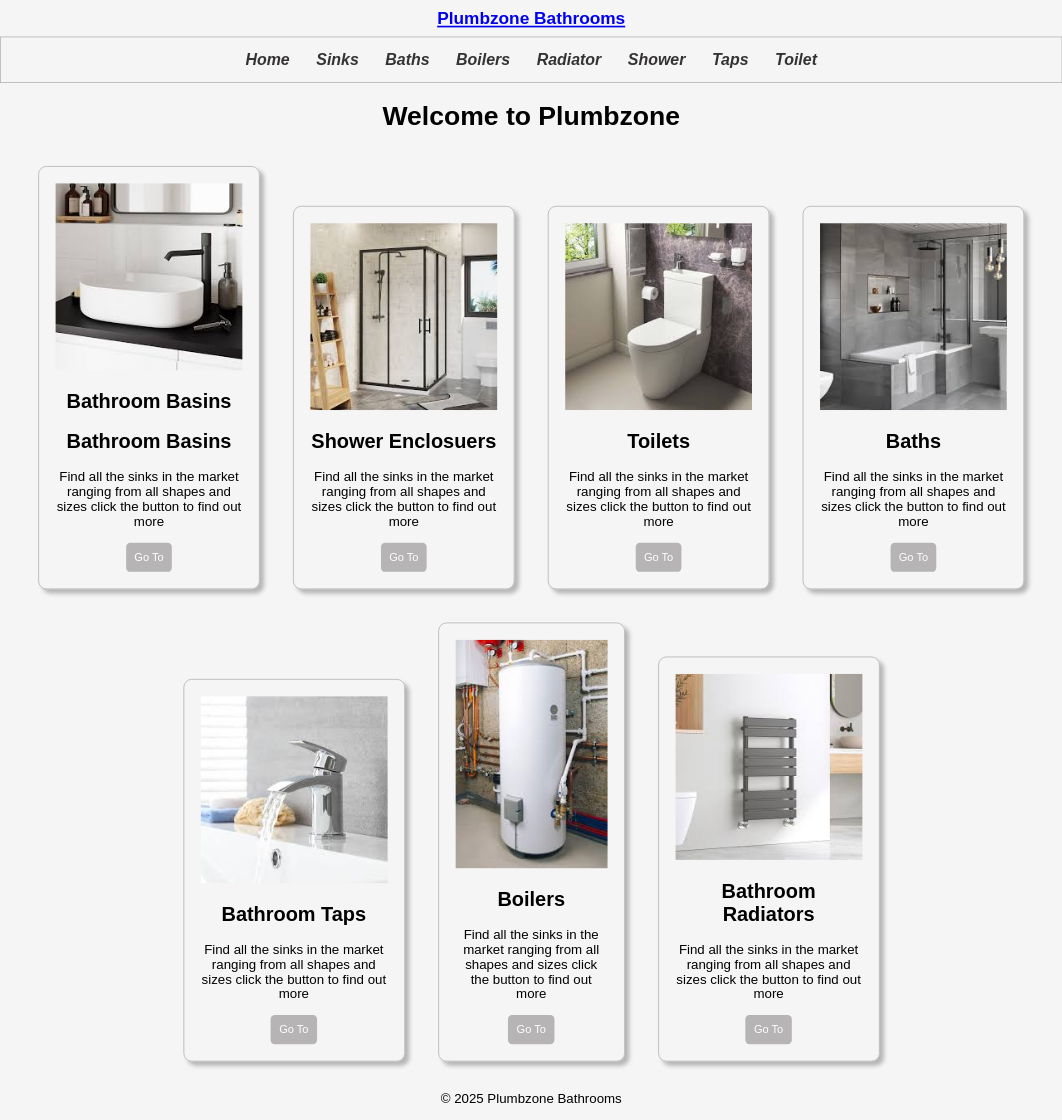
Repository: ziarahman112/react-practice
Page: /Home (app in Website/)
An editor plug-in stored every save of this project. The page is shown before and after the next save, followed by the edit.
The browser window is 1280 px wide. The pictures show the whole page, at 83% of full size.
The project was rebuilt for these pictures with package versions that can differ from the ones it lists, and the page was loaded fresh each time. Also part of the build but not shown: Website/vite.config.js, Website/src/Shower/Shower.jsx, Website/src/Bath/Bath.jsx, Website/src/Toilet/Toilet.jsx, Website/src/Radiator/Radiator.jsx, Website/src/Boiler/Boiler.jsx, Website/src/Taps/Tap.jsx, Website/src/sink/sinks.jsx.

Above is the page before, as saved 2025-07-06 06:48:21.

### Website/src/index.css
#title{
font-size: 1.3em;
font-weight: bold;
text-align: left;
margin: auto;
border: 10px solid hsla(0, 100%, 100%, 0);
max-width: fit-content;
align-content:start ;

}

#nav{
  display: flex;
  justify-content: center; /* centers the nav list horizontally */
  background-color: #f5f5f5; /* optional: background for nav bar */
  padding: 1rem 0; /* optional: spacing inside the navbar */
  border: 1px solid hsl(0, 1%, 71%);
}

.header-c{

  border: 2px solid hsl(0, 0%, 0%);
  border-radius: 10px;
  color: hsl(0, 1%, 20%);
  background-color: hsl(0, 1%, 98%);
  padding: 10px;
  font-family: Arial, sans-serif;
  font-weight: bold;


  cursor: pointer;

}

#nav-list {
  list-style: none;
  font-size: 1.2em;
  font-weight: bold;
  text-align: center;
  align-items: center;
  display: flex;
  gap: 2rem;
  padding: 0;
  margin: 0;
  color: hsl(0, 1%, 20%);
  font-style: italic;
  font-family: Arial, sans-serif;
}

#nav-list li a {
  text-decoration: none;
  color: hsl(0, 1%, 20%);
  transition: color 0.3s ease;
}

#nav-list li a:hover {
  color: hsl(0, 1%, 40%);
}

### Website/src/App.jsx
import { BrowserRouter as Router, Routes, Route } from 'react-router-dom';
import Header from './components/Header';
import Footer from './components/Footer';
import Shower from './Shower/Shower';
import Bath from './Bath/Bath';
import Toilet from './Toilet/Toilet';
import Radiator from './Radiator/Radiator';
import Boiler from './Boiler/Boiler';
import Tap from './Taps/Tap';

import Home from './Home/Home';
import Sinks from './sink/sinks';


function App() {
return (
<Router>
<Header/>
<Routes>
        <Route path="/Home" element={<Home />} />
        <Route path="/sinks" element={<Sinks />} />
        <Route path="/Shower" element={<Shower />} />
        <Route path="/Bath" element={<Bath />} />
        <Route path="/toilet" element={<Toilet />} />
        <Route path="/radiator" element={<Radiator />} />
        <Route path="/boiler" element={<Boiler />} />
        <Route path="/taps" element={<Tap />} />

      </Routes>
      <Footer/>

</Router>
)
}

export default App

### Website/src/components/Header.jsx

function Header () {
return (
    <div >
    <header id = "header">
    <h1 id = "title" > <a href="/Home"> Plumbzone Bathrooms</a> </h1>
    <nav id = "nav">
        <ul id = "nav-list">
            <li id = "home"> <a href = "/Home"> Home</a></li>
            <li id = "sinks"> <a href="/sinks">Sinks </a></li>
            <li><a href="/bath"> Baths</a></li>
            <li> <a href="/Boiler"> Boilers </a></li>
            <li> <a href="/Radiator"> Radiator </a></li>
            <li> <a href="/Shower"> Shower</a></li>
            <li> <a href="/taps"> Taps</a></li>
            <li> <a href="/Toilet"> Toilet</a></li>

        </ul>
    </nav>

    </header>
    </div>
)
}

export default Header;

### Website/src/components/Footer.jsx


function Footer() {
return(
    <footer>
        <p>&copy; {new Date().getFullYear()} Plumbzone Bathrooms </p>
    </footer>
);
}
export default Footer;

### Website/src/Home/Home.jsx
import sink from '../assets/sink.jpeg';
import basin from '../assets/bathroom basin.jpeg';
import toilet from '../assets/toilet.jpeg';
import baths from '../assets/bath.jpeg';
import radiator from '../assets/radiator.jpeg';
// import shower from '../assets/shower.jpeg';
import boiler from '../assets/boiler.jpeg';
import taps from '../assets/tap.jpeg';
import showerEnclosure from '../assets/Shower enclosure.jpeg';
import Header from '../components/Header';
import sinks from '../sink/sinks';
import { useNavigate } from 'react-router-dom';
import styles from './Home.module.css';
import Bath from '../Bath/Bath';




function Home(){
const navigate = useNavigate();

let b;

let Tap = function() {
    navigate('/taps');
}

let Boiler = function() {
    navigate('/boiler');
}

let bath = function() {
    navigate('/Bath');
}

let sinks = function() {
    navigate('/sinks');

}
let shower = function() {
    navigate('/Shower');
}

let Toilet = function() {
    navigate('/toilet');
}

let Radiator = function() {
    navigate('/radiator');
}

    return (
        <header>
            <h1 className="">Welcome to Plumbzone</h1>

            <div>
                <div className={styles.card}>
                    <img className="card-image" src={basin} alt="Bathroom Basin" />
                    <h2 className="card-title">Bathroom Basins</h2>
            <h2 className='card-title'> Bathroom Basins</h2>
            <p className='card-p'>Find all the sinks in the market ranging from all shapes and sizes click the button to find out more</p>
            <button  className={styles.Button} onClick = {sinks} >Go To  </button>
        </div>

        <div className={styles.card}>
            <img className='card-image' src = {showerEnclosure} alt ="Shower Enclosure"></img>
            <h2 className='card-title'> Shower Enclosuers</h2>
            <p className='card-p'>Find all the sinks in the market ranging from all shapes and sizes click the button to find out more</p>
            <button className={styles.Button} onClick = {shower} >Go To  </button>
        </div>

        <div className={styles.card}>
            <img className='card-image' src = {toilet} alt ="Toilets"></img>
            <h2 className='card-title'> Toilets</h2>
            <p className='card-p'>Find all the sinks in the market ranging from all shapes and sizes click the button to find out more</p>
            <button  className={styles.Button} onClick = {Toilet} >Go To  </button>
        </div>

        <div className={styles.card}>
            <img className='card-image' src = {baths} alt ="BathTubs"></img>
            <h2 className='card-title'> Baths</h2>
            <p className='card-p'>Find all the sinks in the market ranging from all shapes and sizes click the button to find out more</p>
            <button  className={styles.Button} onClick = {bath} >Go To  </button>
        </div>


        <div className={styles.card}>
            <img className='card-image' src = {taps} alt ="Bathroom Taps"></img>
            <h2 className='card-title'> Bathroom Taps</h2>
            <p className='card-p'>Find all the sinks in the market ranging from all shapes and sizes click the button to find out more</p>
            <button className={styles.Button} onClick = {Tap} >Go To  </button>
        </div>

        <div className={styles.card}>
            <img className='card-image' src = {boiler} alt ="Boilers"></img>
            <h2 className='card-title'> Boilers</h2>
            <p className='card-p'>Find all the sinks in the market ranging from all shapes and sizes click the button to find out more</p>
            <button className={styles.Button} onClick = {Boiler} >Go To  </button>
        </div>

        <div className={styles.card}>
            <img className='card-image' src = {radiator} alt ="Bathroom Radiators"></img>
            <h2 className='card-title'> Bathroom Radiators</h2>
            <p className='card-p'>Find all the sinks in the market ranging from all shapes and sizes click the button to find out more</p>
            <button className={styles.Button} onClick = {Radiator} >Go To  </button>
        </div>

        </div>
        </header>

    );
}
export default Home;

### Website/src/Home/Home.module.css


  body{
    align-content: center;
    text-align: center;
    background-color: hsl(0, 1%, 96%);
    margin: 0;
    font-family: Arial, Helvetica, sans-serif;
  }

.card{
    border: 1px solid hsl(0, 1%, 71%);
    border-radius: 10px;
    box-shadow: 5px 5px 5px hsl(0, 1%, 71%);
    padding: 20px;
    margin: 20px;
    text-align: center;
    max-width: min-content;
    max-height: min-content;
    display: inline-block;
  }
  .card .card-image{
    max-width: min-content;
    height: auto;
    margin-bottom: 10px;
    max-height: min-content;
  }
  .card .card-title{
    font-family: cursive;
    font-weight: bold;
    margin: 0px;

  }
  .card .card-p{
    font-family: Arial, sans-serif;
    font-size: 0.9em;
    color: black;
  }

  .card .Button{
    background-color: hsl(0, 1%, 71%);
    color: white;
    border: none;
    padding: 10px;
    border-radius: 5px;
    cursor: pointer;
  }
  .card .Button:hover{
    background-color: hsl(0, 1%, 60%);

  }
  #head{
    text-align: center;
    font-family: Arial, Helvetica, sans-serif;
    font-size: 1.5em;
  }

Loaded but not shown: Website/index.html (common file); Website/src/main.jsx (common file)

After the next save:
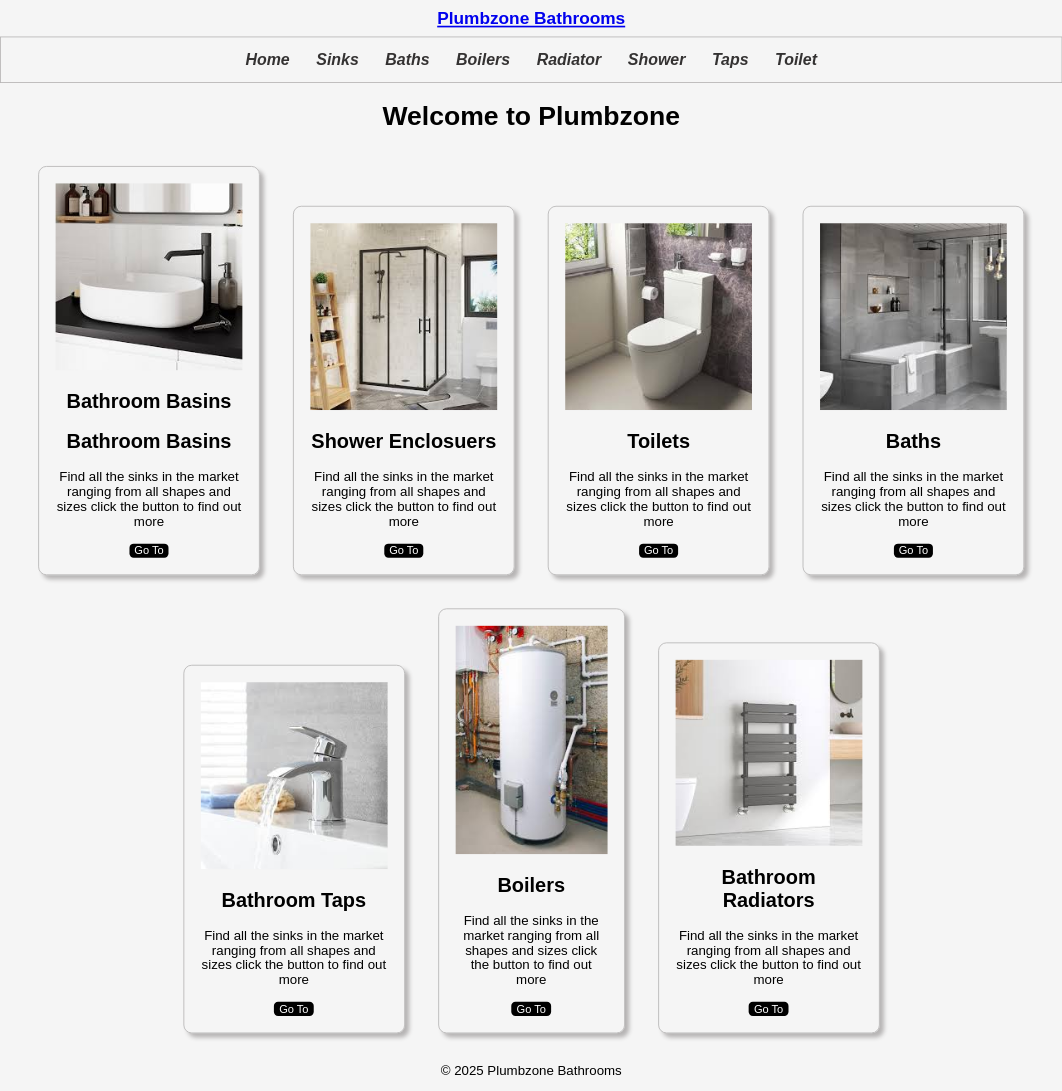
Saved 17 s later.
--- a/Website/src/Home/Home.module.css
+++ b/Website/src/Home/Home.module.css
@@ -38,10 +38,9 @@
   }
 
   .card .Button{
-    background-color: hsl(0, 1%, 71%);
+    background-color: hsl(0, 0%, 0%);
     color: white;
     border: none;
-    padding: 10px;
     border-radius: 5px;
     cursor: pointer;
   }
